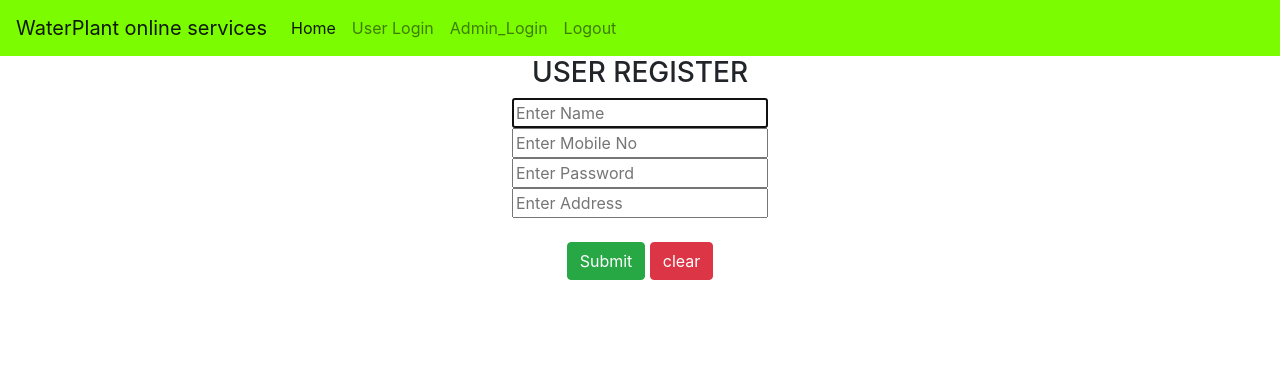
Repository: SHARMILAG97/WebApplication
Page: http://localhost/waterplant_web/userregister.jsp
These files come from the project's save history. The page is drawn as it stood at one moment and after the next save; the edit follows.
The browser window is 1280 px wide. The pictures show the whole page.
The page is served by Tomcat 9. Other server files are loaded and not shown.

Above is the page before, as saved 2019-09-18 09:18:59.
Console error: TypeError: Cannot read properties of undefined (reading 'fn')

### waterplant_web/src/main/webapp/userregister.jsp
<%@ page language="java" contentType="text/html; charset=ISO-8859-1"
    pageEncoding="ISO-8859-1"%>
<!DOCTYPE html>
<html>
<head>
<meta charset="ISO-8859-1">
<title>UserRegister</title>
<link rel="stylesheet" href="css/bootstrap.min.css">
<script src="js/bootstrap.min.js"></script>
<script src="js/jquery-3.4.1.min.js"></script>


<style type="text/css">
   label{
  width: 100px;
  display: inline-block;
  text-align: right;
   }
</style>



</head>


<body style="text-align:center">

<jsp:include page="headers.jsp"></jsp:include>
<%
String message = request.getParameter("message");
if (message != null){
	out.println("<font color='red'>" + message + "</font>");
}
%>

<script>

function register() {
    //alert('register');
    event.preventDefault();
    var name = document.getElementById("name").value;
    var mobileno = document.getElementById("mobileno").value;
    var password = document.getElementById("password").value;
    var address = document.getElementById("address").value;
    var formData = "name="+name+ "&mobileno=" + mobileno + "&password=" + password+ "&address="+address;
    console.log(formData);

    var url = "http://localhost:8080/waterplant_web/RegisterServlet?" + formData;
    console.log(url);
    var formData = {};
    $.get(url, function(response) {
        console.log(response);
        alert(response);
        var msg=JSON.parse(response);
       // alert(msg.errorMessage);
        if (msg.errorMessage!=null) {
            alert("Invalid Values");
            window.location.href = "userregister.jsp";
        } else {
            alert("successful Register");
            window.location.href = "userlogin.jsp";
        }
    });
}


</script>
<h3>USER REGISTER</h3>

<form onsubmit="register()">

<input type="text" name="name" id="name" placeholder="Enter Name" required autofocus/>
<br/>


<input type="number" name="mobileno" id="mobileno" placeholder="Enter Mobile No" required />
<br/>


<!--<input type="password" name="password" id="password" placeholder="Enter Password" required />  -->
<input type="password" name="password" id="password" placeholder="Enter Password" required
 pattern="(?=.*\d)(?=.*[a-z])(?=.*[A-Z]).{8,}"
 title="Must contain at least one number and one uppercase and lowercase letter, and at least 8 or more characters required "/>
<br/>

<input type="text" name="address" id="address" placeholder="Enter Address" required />
<br/></br>
<input type="submit" value="Submit" class="btn btn-success">
<button type="reset" class="btn btn-danger" value="clear">clear</button>
</form>

</body>
</html>

### waterplant_web/src/main/webapp/headers.jsp

<nav class="navbar navbar-expand-md navbar-light" style="background-color: #7CFC00;">
 <a class="navbar-brand" href="index.jsp">WaterPlant online services</a>
 <button class="navbar-toggler" type="button" data-toggle="collapse" data-target="#navbarCollapse" aria-controls="navbarCollapse" aria-expanded="false" aria-label="Toggle navigation">
   <span class="navbar-toggler-icon"></span>
 </button>
 <div class="collapse navbar-collapse" id="navbarCollapse">
   <ul class="navbar-nav mr-auto">
     <li class="nav-item active">
       <a class="nav-link" href="index.jsp">Home</a>
     </li>

     <li class="nav-item">
       <a class="nav-link " href="userlogin.jsp">User Login</a>
     </li>
     <li class="nav-item">
       <a class="nav-link " href="adminlogin.jsp">Admin_Login</a>
     </li>
      <li class="nav-item">
       <a class="nav-link " href="index.jsp">Logout</a>
     </li>

   </ul>
 <!--   <form class="form-inline mt-2 mt-md-0">
   <input class="form-control mr-sm-2" type="text" placeholder="Search" aria-label="Search">
     <button class="btn btn-outline-success my-2 my-sm-0" type="submit">Search</button>
   </form>-->
 </div>
</nav>

Loaded but not shown: waterplant_web/src/main/webapp/css/bootstrap.min.css (library); waterplant_web/src/main/webapp/js/bootstrap.min.js (library); waterplant_web/src/main/webapp/js/jquery-3.4.1.min.js (library)

After the next save:
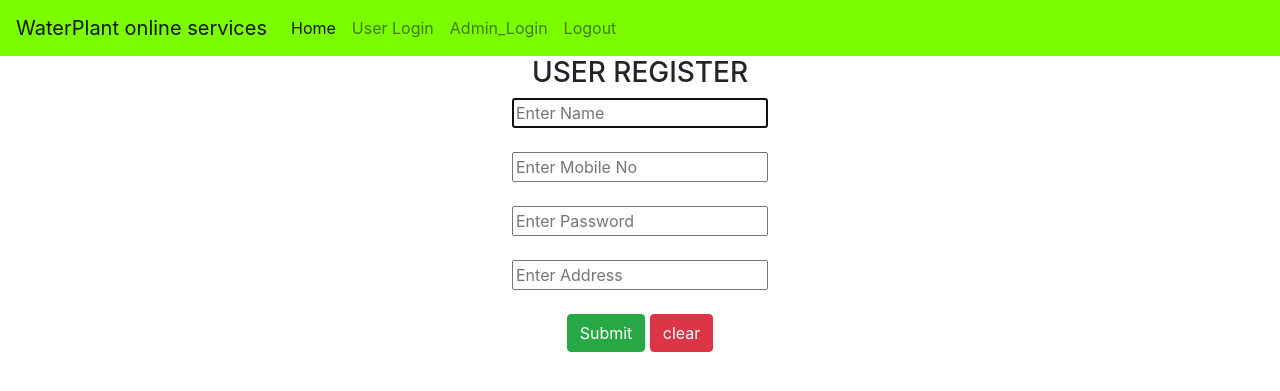
Saved 36 s later.
--- a/waterplant_web/src/main/webapp/userregister.jsp
+++ b/waterplant_web/src/main/webapp/userregister.jsp
@@ -70,18 +70,18 @@ function register() {
 <form onsubmit="register()">
 
 <input type="text" name="name" id="name" placeholder="Enter Name" required autofocus/>
-<br/>
+<br/></br>
 
 
 <input type="number" name="mobileno" id="mobileno" placeholder="Enter Mobile No" required />
-<br/>
+<br/></br>
 
 
 <!--<input type="password" name="password" id="password" placeholder="Enter Password" required />  -->
 <input type="password" name="password" id="password" placeholder="Enter Password" required
  pattern="(?=.*\d)(?=.*[a-z])(?=.*[A-Z]).{8,}"
  title="Must contain at least one number and one uppercase and lowercase letter, and at least 8 or more characters required "/>
-<br/>
+<br/></br>
 
 <input type="text" name="address" id="address" placeholder="Enter Address" required />
 <br/></br>
